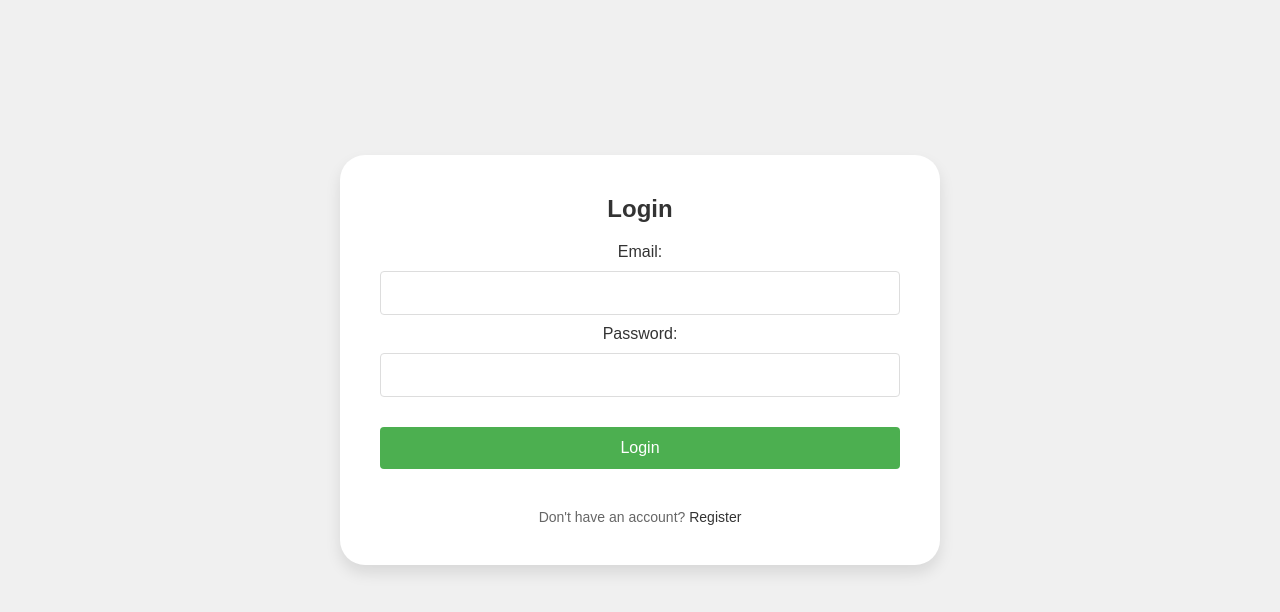
Repository: Sujith-B-S/Food-Application
Page: http://localhost/FoodApplication/
The author's editor kept a copy of each file at every save. The page is drawn from the files as they stood at one save, then again after the next save.
The browser window is 1280 px wide. The pictures show the whole page.
The page is served by Tomcat 9.

Above is the page before, as saved 2024-11-13 12:23:02.

After the next save:
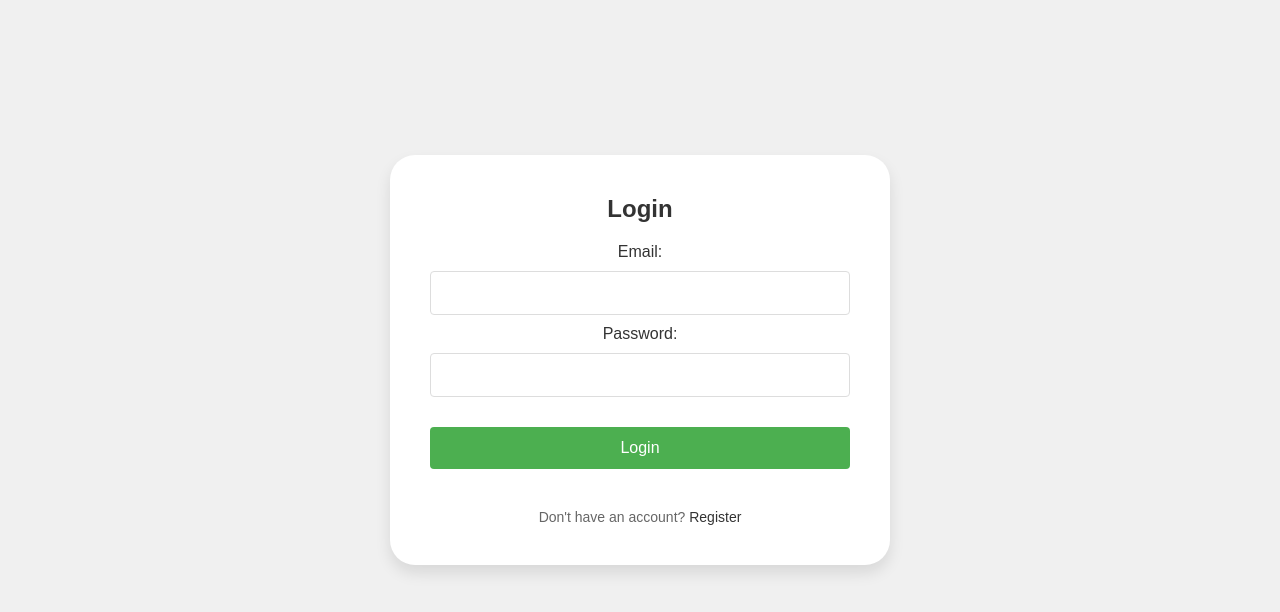
Saved 34 s later.
--- a/FoodApplication/src/main/webapp/login.jsp
+++ b/FoodApplication/src/main/webapp/login.jsp
@@ -25,7 +25,7 @@
         /* Card Container */
         .login-container {
             background-color: white;
-            width: 600px;
+            width: 500px;
             padding: 40px;
             box-shadow: 0px 8px 15px rgba(0, 0, 0, 0.1);
             border-radius: 25px;
